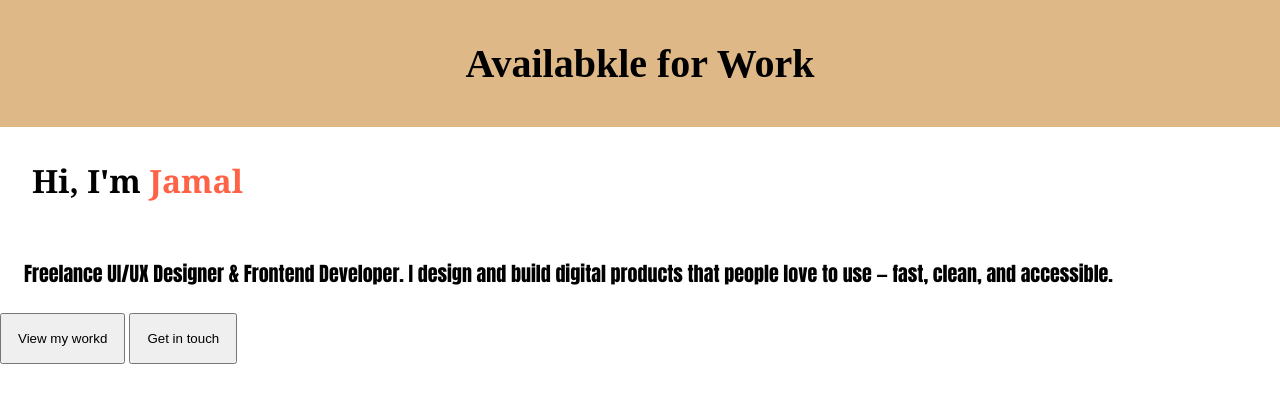
Repository: jamalissef-glitch/exercise1-JS
Page: Exercise33/index.html
These files come from the project's save history. The page is drawn as it stood at one moment and after the next save; the edit follows.
The browser window is 1280 px wide. The pictures show the whole page.

Above is the page before, as saved 2026-07-14 17:43:43.

After the next save:
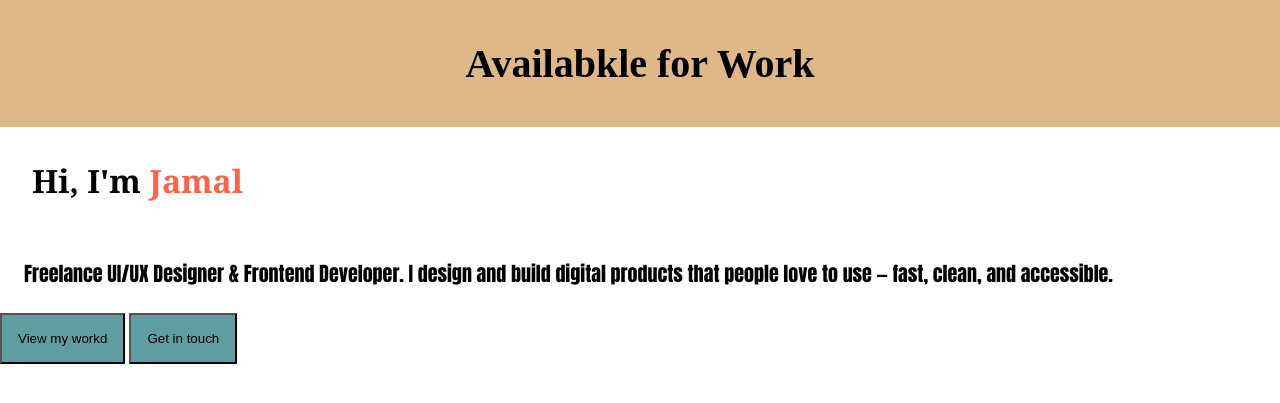
Saved 13 s later.
--- a/Exercise33/index.html
+++ b/Exercise33/index.html
@@ -44,6 +44,7 @@
  button {
 
   padding: 1rem;
+  background-color: cadetblue;
  }
 </style>
 
